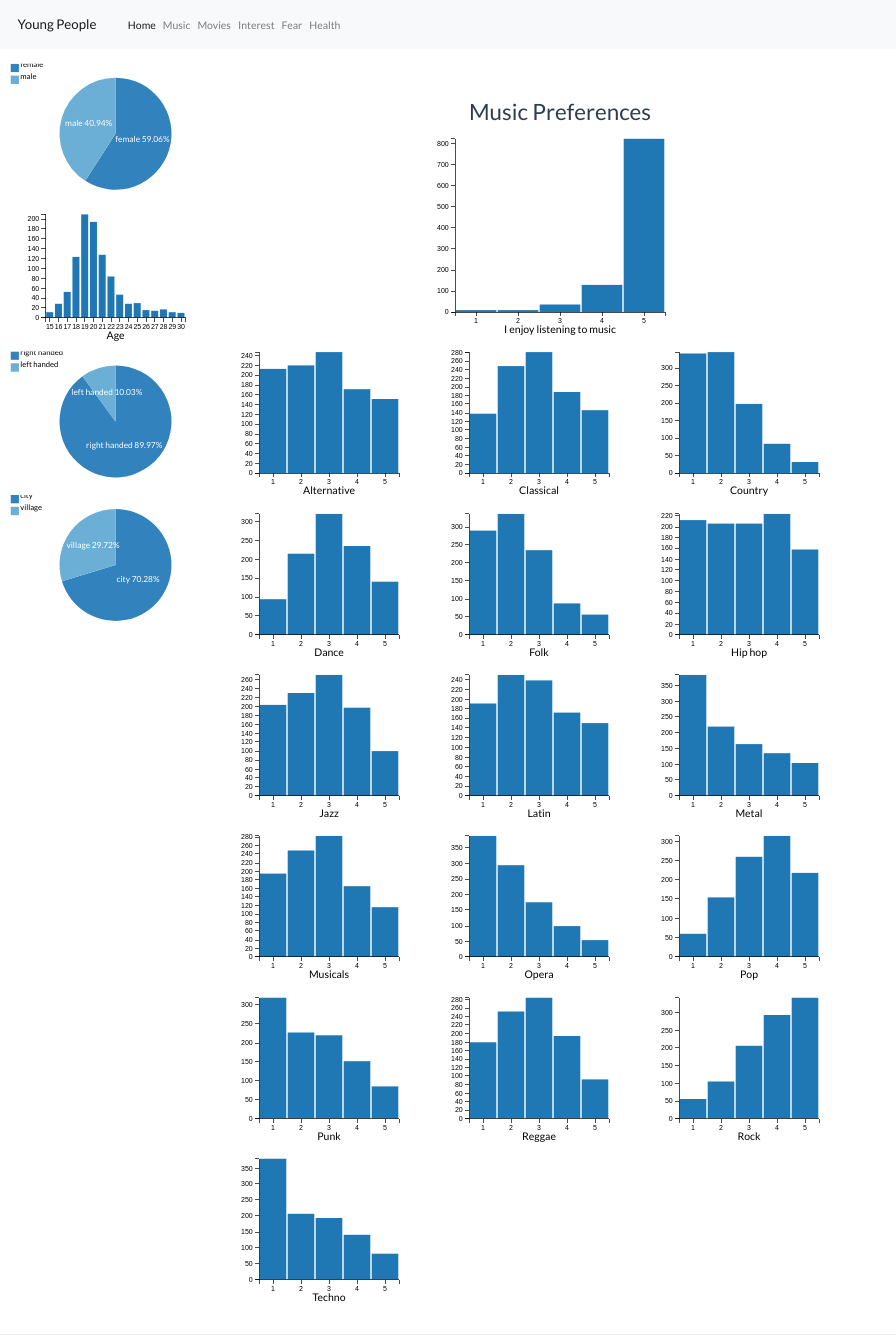
Repository: BrendanMolloy/milestone2
Page: index.html
The author's editor kept a record of every edit. The page is drawn from the files as they stood at one moment, then again after the next edit.
The browser window is 1280 px wide. The pictures show the whole page, at 70% of full size.

Above is the page before.

### index.html
<!DOCTYPE html>
<html lang="en">

<head>
  <meta charset="UTF-8">
  <meta name="viewport" content="width=device-width, initial-scale=1.0">
  <meta http-equiv="X-UA-Compatible" content="ie=edge">
  <title>Young People</title>

  <link rel="stylesheet" href="https://maxcdn.bootstrapcdn.com/bootstrap/4.0.0/css/bootstrap.min.css" integrity="sha384-Gn5384xqQ1aoWXA+058RXPxPg6fy4IWvTNh0E263XmFcJlSAwiGgFAW/dAiS6JXm" crossorigin="anonymous">

  <link rel="stylesheet" href="css/bootstrap.min.css" type="text/css" />
  <link rel="stylesheet" href="css/dc.min.css" type="text/css" />
  <link rel="stylesheet" href="css/style.css" type="text/css" />

  <script type="text/javascript" src="js/d3.min.js"></script>
  <script type="text/javascript" src="js/crossfilter.min.js"></script>
  <script type="text/javascript" src="js/dc.min.js"></script>
  <script type="text/javascript" src="js/queue.min.js"></script>
  <script type="text/javascript" src="js/graph.js"></script>
</head>

<body>
  <!------------------------------- Navbar -------------------------------------->

  <nav class="navbar navbar-expand-lg navbar-light bg-light">
    <a class="navbar-brand" href="#">Young People</a>
    <button class="navbar-toggler" type="button" data-toggle="collapse" data-target="#navbarNav" aria-controls="navbarNav" aria-expanded="false" aria-label="Toggle navigation">
    <span class="navbar-toggler-icon"></span>
  </button>
    <div class="collapse navbar-collapse" id="navbarNav">
      <ul class="navbar-nav">
        <li class="nav-item active">
          <a class="nav-link" href="#">Home <span class="sr-only">(current)</span></a>
        </li>
        <li class="nav-item">
          <a class="nav-link" href="#">Music</a>
        </li>
        <li class="nav-item">
          <a class="nav-link" href="#">Movies</a>
        </li>
        <li class="nav-item">
          <a class="nav-link" href="#">Interest</a>
        </li>
        <li class="nav-item">
          <a class="nav-link" href="#">Fear</a>
        </li>
        <li class="nav-item">
          <a class="nav-link" href="#">Health</a>
        </li>
      </ul>
    </div>
  </nav>

  <!------------------------------- Sidebar ------------------------------------->
                      <!--  filters/demographics -->
  <div class="sidenav col-lg-3">
    <div id="gender-balance"></div>
    <div id="age"></div>
    <div id="handedness"></div>
    <div id="city-village"></div>
  </div>



  <!-- music -->
  <section class="section main">
    <h2>Music Preferences</h2>
    <div class="row">
      <div id="music-enjoyment" class="col-sm-12 col-m-12 col-lg-12"></div>
    </div>
    <div class="row">
      <div id="alternative"></div>
      <div id="classical"></div>
      <div id="country"></div>
      <div id="dance"></div>
      <div id="folk"></div>
      <div id="hiphop"></div>
      <div id="jazz"></div>
      <div id="latin"></div>
      <div id="metal"></div>
      <div id="musicals"></div>
      <div id="opera"></div>
      <div id="pop"></div>
      <div id="punk"></div>
      <div id="reggae"></div>
      <div id="rock"></div>
      <div id="techno"></div>
    </div>
  </section>

  <!-- movies -->

  <!-- interests -->

  <!-- fears -->

  <!-- health -->

  <!-- spending -->

</body>

</html>

### css/style.css
.section {
	text-align: center;
	border-bottom: 1px solid #e6e6e6;
	padding: 30px 0;
}

### js/graph.js
/* global queue */
/* global d3 */
/* global crossfilter */
/* global dc */

queue()
    .defer(d3.csv, "data/young-people.csv")
    .await(makeGraphs);

function makeGraphs(error, ypData){
    var ndx = crossfilter(ypData);

    // demographics //
    show_gender_balance(ndx);
    show_age_range(ndx);
    show_handedness(ndx);
    show_city_village(ndx);

    // music //
    show_enjoyment(ndx);
    show_alternative(ndx);
    show_classical(ndx);
    show_country(ndx);
    show_dance(ndx);
    show_folk(ndx);
    show_hiphop(ndx);
    show_jazz(ndx);
    show_latin(ndx);
    show_metal(ndx);
    show_musicals(ndx);
    show_opera(ndx);
    show_pop(ndx);
    show_punk(ndx);
    show_reggae(ndx);
    show_rock(ndx);
    show_techno(ndx);

    dc.renderAll();
}

function remove_empty_bins(source_group) { //eliminates empty or null values from the dataset, so graphs can render unimpeded//
    return {
        all:function () {
            return source_group.all().filter(function(d) {
                //return Math.abs(d.value) > 0.00001; // if using floating-point numbers
                return d.key !== ""; // if integers only
            });
        }
    };
}

/* function scale_graphs(){
    var w = parent(width);
    var h = w;
} */

//---------------------- Demographics Graphs ---------------------------------//

function show_gender_balance(ndx){
    var dim = ndx.dimension(dc.pluck('Gender'));
    var group = dim.group();
    var filtered_group = remove_empty_bins(group)

    dc.pieChart("#gender-balance")
        .height(200)
        .width(300)
        .externalRadiusPadding(20)
        .innerRadius(0)
        .dimension(dim)
        .group(filtered_group)
        .legend(dc.legend())
        .on('pretransition', function(chart) {
        chart.selectAll('text.pie-slice').text(function(d) {
            return d.data.key + ' ' + dc.utils.printSingleValue((d.endAngle - d.startAngle) / (2*Math.PI) * 100) + '%';
        })
    })
}

function show_age_range(ndx){
    var dim = ndx.dimension(dc.pluck('Age'));
    var group = dim.group();
    var filtered_group = remove_empty_bins(group)

    dc.barChart("#age")
        .width(300)
        .height(200)
        .margins({top:10, right:50, bottom:30, left:50})
        .dimension(dim)
        .group(filtered_group)
        .transitionDuration(500)
        .x(d3.scale.ordinal())
        .xUnits(dc.units.ordinal)
        .elasticY(true)
        .xAxisLabel("Age")
        .yAxis().ticks(10);
}

function show_handedness(ndx){
    var dim = ndx.dimension(dc.pluck('Left - right handed'));
    var group = dim.group();
    var filtered_group = remove_empty_bins(group)

    dc.pieChart("#handedness")
        .width(300)
        .height(200)
        .externalRadiusPadding(20)
        .innerRadius(0)
        .dimension(dim)
        .group(filtered_group)
        .legend(dc.legend())
        .on('pretransition', function(chart) {
        chart.selectAll('text.pie-slice').text(function(d) {
            return d.data.key + ' ' + dc.utils.printSingleValue((d.endAngle - d.startAngle) / (2*Math.PI) * 100) + '%';
        })
    })
}

function show_city_village(ndx){
    var dim = ndx.dimension(dc.pluck('Village - town'));
    var group = dim.group();
    var filtered_group = remove_empty_bins(group)

    dc.pieChart("#city-village")
        .width(300)
        .height(200)
        .externalRadiusPadding(20)
        .innerRadius(0)
        .dimension(dim)
        .group(filtered_group)
        .legend(dc.legend())
        .on('pretransition', function(chart) {
        chart.selectAll('text.pie-slice').text(function(d) {
            return d.data.key + ' ' + dc.utils.printSingleValue((d.endAngle - d.startAngle) / (2*Math.PI) * 100) + '%';
        })
    })
}

//---------------------------- Music Graphs ----------------------------------//

function show_enjoyment(ndx){
    var dim = ndx.dimension(dc.pluck('Music'));
    var group = dim.group();
    var filtered_group = remove_empty_bins(group)

    dc.barChart("#music-enjoyment")
        .width(400)
        .height(300)
        .margins({top:10, right:50, bottom:30, left:50})
        .dimension(dim)
        .group(filtered_group)
        .transitionDuration(500)
        .x(d3.scale.ordinal())
        .xUnits(dc.units.ordinal)
        .elasticY(true)
        .xAxisLabel("I enjoy listening to music")
        .yAxis().ticks(10);
}

function show_alternative(ndx){
    var dim = ndx.dimension(dc.pluck('Alternative'));
    var group = dim.group();
    var filtered_group = remove_empty_bins(group)

    dc.barChart("#alternative")
        .width(300)
        .height(225)
        .margins({top:10, right:50, bottom:30, left:50})
        .dimension(dim)
        .group(filtered_group)
        .transitionDuration(500)
        .x(d3.scale.ordinal())
        .xUnits(dc.units.ordinal)
        .elasticY(true)
        .xAxisLabel("Alternative")
        .yAxis().ticks(10);
}

function show_classical(ndx){
    var dim = ndx.dimension(dc.pluck('Classical music'));
    var group = dim.group();
    var filtered_group = remove_empty_bins(group)

    dc.barChart("#classical")
        .width(300)
        .height(225)
        .margins({top:10, right:50, bottom:30, left:50})
        .dimension(dim)
        .group(filtered_group)
        .transitionDuration(500)
        .x(d3.scale.ordinal())
        .xUnits(dc.units.ordinal)
        .elasticY(true)
        .xAxisLabel("Classical")
        .yAxis().ticks(10);
}

function show_country(ndx){
    var dim = ndx.dimension(dc.pluck('Country'));
    var group = dim.group();
    var filtered_group = remove_empty_bins(group)

    dc.barChart("#country")
        .width(300)
        .height(225)
        .margins({top:10, right:50, bottom:30, left:50})
        .dimension(dim)
        .group(filtered_group)
        .transitionDuration(500)
        .x(d3.scale.ordinal())
        .xUnits(dc.units.ordinal)
        .elasticY(true)
        .xAxisLabel("Country")
        .yAxis().ticks(10);
}

function show_dance(ndx){
    var dim = ndx.dimension(dc.pluck('Dance'));
    var group = dim.group();
    var filtered_group = remove_empty_bins(group)

    dc.barChart("#dance")
        .width(300)
        .height(225)
        .margins({top:10, right:50, bottom:30, left:50})
        .dimension(dim)
        .group(filtered_group)
        .transitionDuration(500)
        .x(d3.scale.ordinal())
        .xUnits(dc.units.ordinal)
        .elasticY(true)
        .xAxisLabel("Dance")
        .yAxis().ticks(10);
}

function show_folk(ndx){
    var dim = ndx.dimension(dc.pluck('Folk'));
    var group = dim.group();
    var filtered_group = remove_empty_bins(group)

    dc.barChart("#folk")
        .width(300)
        .height(225)
        .margins({top:10, right:50, bottom:30, left:50})
        .dimension(dim)
        .group(filtered_group)
        .transitionDuration(500)
        .x(d3.scale.ordinal())
        .xUnits(dc.units.ordinal)
        .elasticY(true)
        .xAxisLabel("Folk")
        .yAxis().ticks(10);
}

function show_hiphop(ndx){
    var dim = ndx.dimension(dc.pluck('Hiphop, Rap'));
    var group = dim.group();
    var filtered_group = remove_empty_bins(group)

    dc.barChart("#hiphop")
        .width(300)
        .height(225)
        .margins({top:10, right:50, bottom:30, left:50})
        .dimension(dim)
        .group(filtered_group)
        .transitionDuration(500)
        .x(d3.scale.ordinal())
        .xUnits(dc.units.ordinal)
        .elasticY(true)
        .xAxisLabel("Hip hop")
        .yAxis().ticks(10);
}

function show_jazz(ndx){
    var dim = ndx.dimension(dc.pluck('Swing, Jazz'));
    var group = dim.group();
    var filtered_group = remove_empty_bins(group)

    dc.barChart("#jazz")
        .width(300)
        .height(225)
        .margins({top:10, right:50, bottom:30, left:50})
        .dimension(dim)
        .group(filtered_group)
        .transitionDuration(500)
        .x(d3.scale.ordinal())
        .xUnits(dc.units.ordinal)
        .elasticY(true)
        .xAxisLabel("Jazz")
        .yAxis().ticks(10);
}

function show_latin(ndx){
    var dim = ndx.dimension(dc.pluck('Latino'));
    var group = dim.group();
    var filtered_group = remove_empty_bins(group)

    dc.barChart("#latin")
        .width(300)
        .height(225)
        .margins({top:10, right:50, bottom:30, left:50})
        .dimension(dim)
        .group(filtered_group)
        .transitionDuration(500)
        .x(d3.scale.ordinal())
        .xUnits(dc.units.ordinal)
        .elasticY(true)
        .xAxisLabel("Latin")
        .yAxis().ticks(10);
}

function show_metal(ndx){
    var dim = ndx.dimension(dc.pluck('Metal or Hardrock'));
    var group = dim.group();
    var filtered_group = remove_empty_bins(group)

    dc.barChart("#metal")
        .width(300)
        .height(225)
        .margins({top:10, right:50, bottom:30, left:50})
        .dimension(dim)
        .group(filtered_group)
        .transitionDuration(500)
        .x(d3.scale.ordinal())
        .xUnits(dc.units.ordinal)
        .elasticY(true)
        .xAxisLabel("Metal")
        .yAxis().ticks(10);
}

function show_musicals(ndx){
    var dim = ndx.dimension(dc.pluck('Musical'));
    var group = dim.group();
    var filtered_group = remove_empty_bins(group)

    dc.barChart("#musicals")
        .width(300)
        .height(225)
        .margins({top:10, right:50, bottom:30, left:50})
        .dimension(dim)
        .group(filtered_group)
        .transitionDuration(500)
        .x(d3.scale.ordinal())
        .xUnits(dc.units.ordinal)
        .elasticY(true)
        .xAxisLabel("Musicals")
        .yAxis().ticks(10);
}

function show_opera(ndx){
    var dim = ndx.dimension(dc.pluck('Opera'));
    var group = dim.group();
    var filtered_group = remove_empty_bins(group)

    dc.barChart("#opera")
        .width(300)
        .height(225)
        .margins({top:10, right:50, bottom:30, left:50})
        .dimension(dim)
        .group(filtered_group)
        .transitionDuration(500)
        .x(d3.scale.ordinal())
        .xUnits(dc.units.ordinal)
        .elasticY(true)
        .xAxisLabel("Opera")
        .yAxis().ticks(10);
}

function show_pop(ndx){
    var dim = ndx.dimension(dc.pluck('Pop'));
    var group = dim.group();
    var filtered_group = remove_empty_bins(group)

    dc.barChart("#pop")
        .width(300)
        .height(225)
        .margins({top:10, right:50, bottom:30, left:50})
        .dimension(dim)
        .group(filtered_group)
        .transitionDuration(500)
        .x(d3.scale.ordinal())
        .xUnits(dc.units.ordinal)
        .elasticY(true)
        .xAxisLabel("Pop")
        .yAxis().ticks(10);
}

function show_punk(ndx){
    var dim = ndx.dimension(dc.pluck('Punk'));
    var group = dim.group();
    var filtered_group = remove_empty_bins(group)

    dc.barChart("#punk")
        .width(300)
        .height(225)
        .margins({top:10, right:50, bottom:30, left:50})
        .dimension(dim)
        .group(filtered_group)
        .transitionDuration(500)
        .x(d3.scale.ordinal())
        .xUnits(dc.units.ordinal)
        .elasticY(true)
        .xAxisLabel("Punk")
        .yAxis().ticks(10);
}

function show_reggae(ndx){
    var dim = ndx.dimension(dc.pluck('Reggae, Ska'));
    var group = dim.group();
    var filtered_group = remove_empty_bins(group)

    dc.barChart("#reggae")
        .width(300)
        .height(225)
        .margins({top:10, right:50, bottom:30, left:50})
        .dimension(dim)
        .group(filtered_group)
        .transitionDuration(500)
        .x(d3.scale.ordinal())
        .xUnits(dc.units.ordinal)
        .elasticY(true)
        .xAxisLabel("Reggae")
        .yAxis().ticks(10);
}

function show_rock(ndx){
    var dim = ndx.dimension(dc.pluck('Rock'));
    var group = dim.group();
    var filtered_group = remove_empty_bins(group)

    dc.barChart("#rock")
        .width(300)
        .height(225)
        .margins({top:10, right:50, bottom:30, left:50})
        .dimension(dim)
        .group(filtered_group)
        .transitionDuration(500)
        .x(d3.scale.ordinal())
        .xUnits(dc.units.ordinal)
        .elasticY(true)
        .xAxisLabel("Rock")
        .yAxis().ticks(10);
}

function show_techno(ndx){
    var dim = ndx.dimension(dc.pluck('Techno, Trance'));
    var group = dim.group();
    var filtered_group = remove_empty_bins(group)

    dc.barChart("#techno")
        .width(300)
        .height(225)
        .margins({top:10, right:50, bottom:30, left:50})
        .dimension(dim)
        .group(filtered_group)
        .transitionDuration(500)
        .x(d3.scale.ordinal())
        .xUnits(dc.units.ordinal)
        .elasticY(true)
        .xAxisLabel("Techno")
        .yAxis().ticks(10);
}

Loaded but not shown: css/bootstrap.min.css (library); css/dc.min.css (library); js/d3.min.js (library); js/crossfilter.min.js (library); js/dc.min.js (library); js/queue.min.js (common file)

After the next edit:
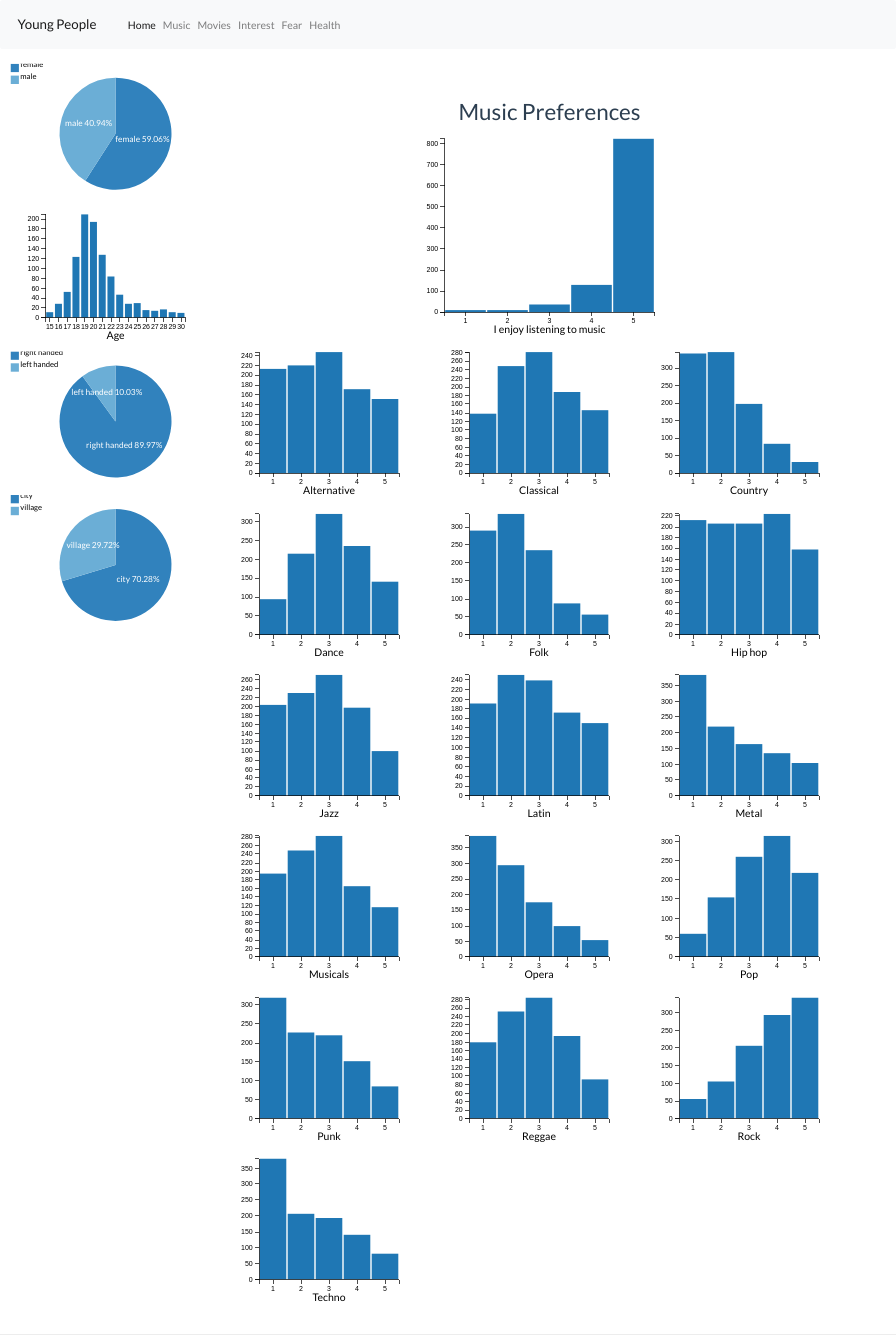
The edit:
--- a/css/style.css
+++ b/css/style.css
@@ -1,5 +1,9 @@
 .section {
 	text-align: center;
 	border-bottom: 1px solid #e6e6e6;
-	padding: 30px 0;
+	padding: 30px;
 }
+
+.row {
+	text-align: center;
+}
